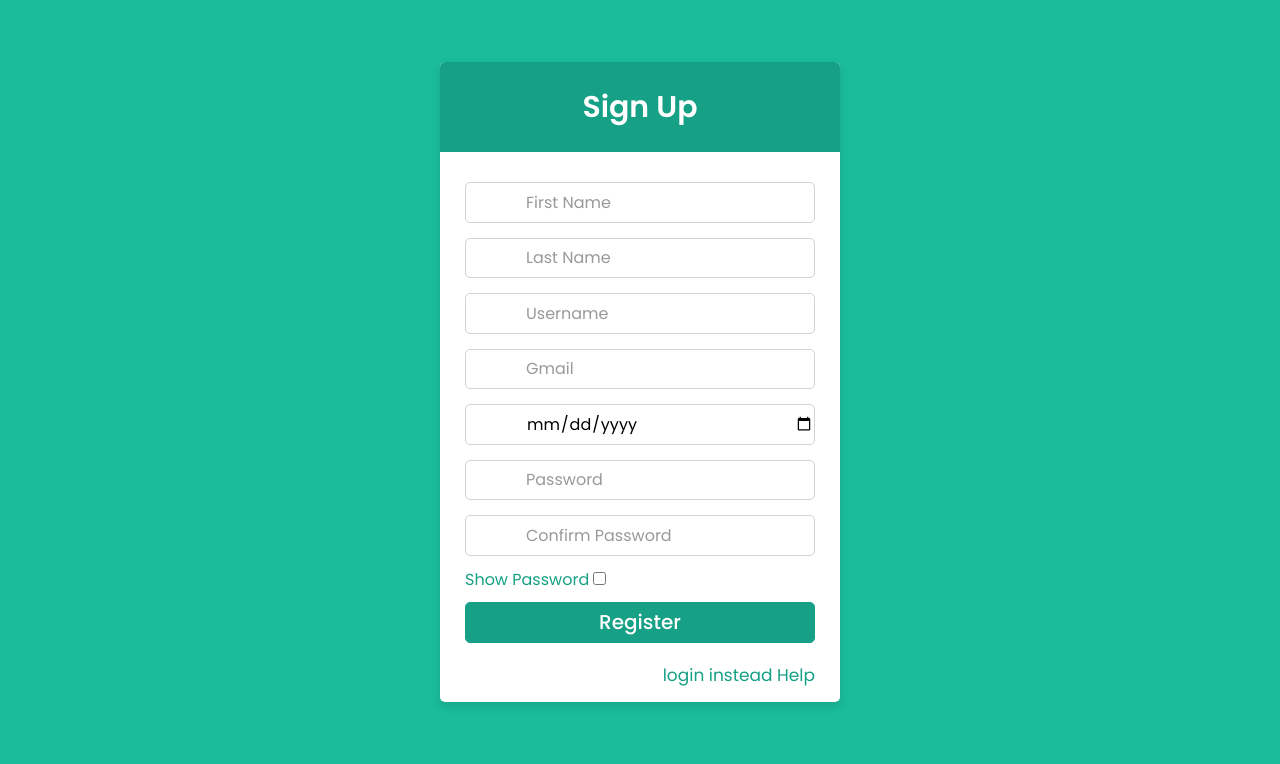
Repository: AOY311/DuckEdu
Page: test2.html
These files come from the project's save history. The page is drawn as it stood at one moment and after the next save; the edit follows.
The browser window is 1280 px wide. The pictures show the whole page.

Above is the page before, as saved 2021-10-28 09:41:37.
Console error: SyntaxError: missing ) after argument list

After the next save:
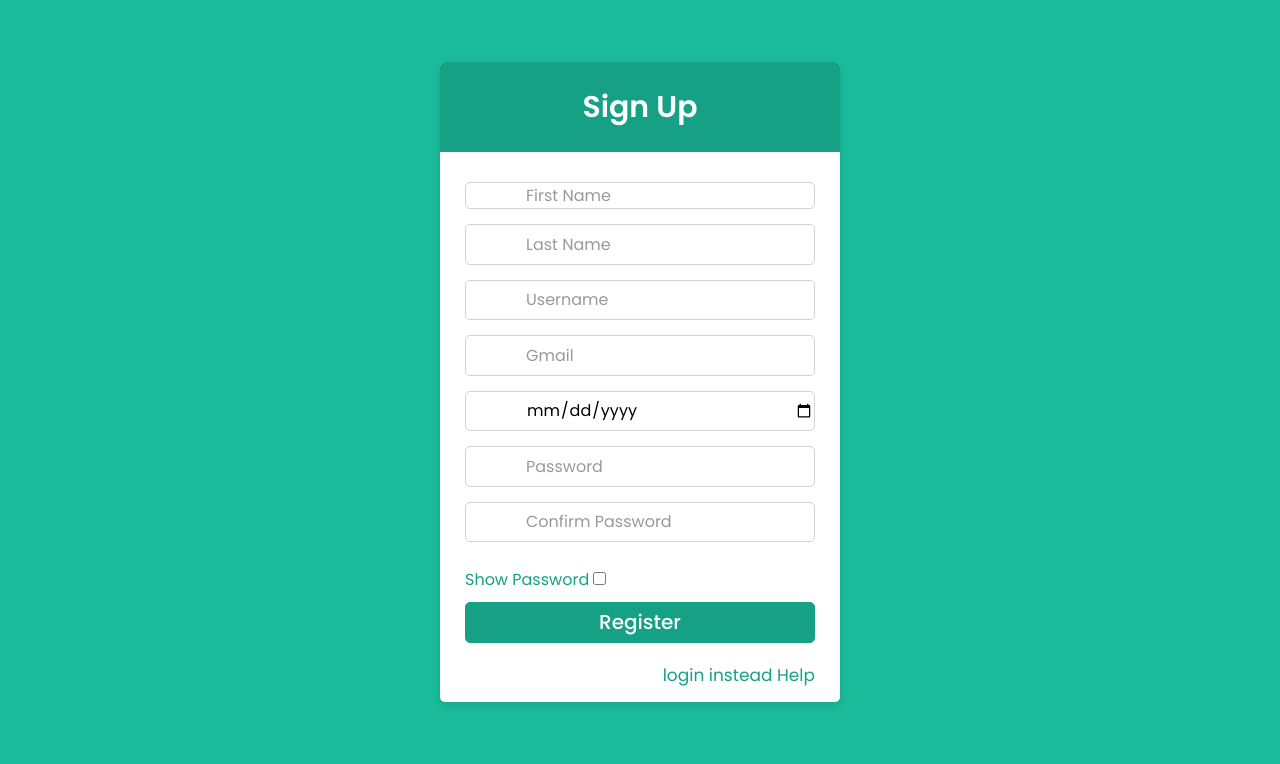
Saved 29 s later.
--- a/test2.html
+++ b/test2.html
@@ -376,8 +376,10 @@
                 <div class="title"><span>Sign Up</span></div>
                 <form>
                     <div class="row">
-                        <input class="inline row" type="text" name="firstname" id="firstname" placeholder="First Name" required>
-                        <span class="error" id="errFirstname">First Name must be characters. </span>
+                        <div class="box">
+                            <input class="inline row" type="text" name="firstname" id="firstname" placeholder="First Name" required>
+                            <span class="error" id="errFirstname">First Name must be characters. </span>
+                        </div>
 
                         <input class="inline row" type="text" name="lastname" id="lastname" placeholder="Last Name" required>
                         <span class="error" id="errLastname">Last Name must be characters. </span>
